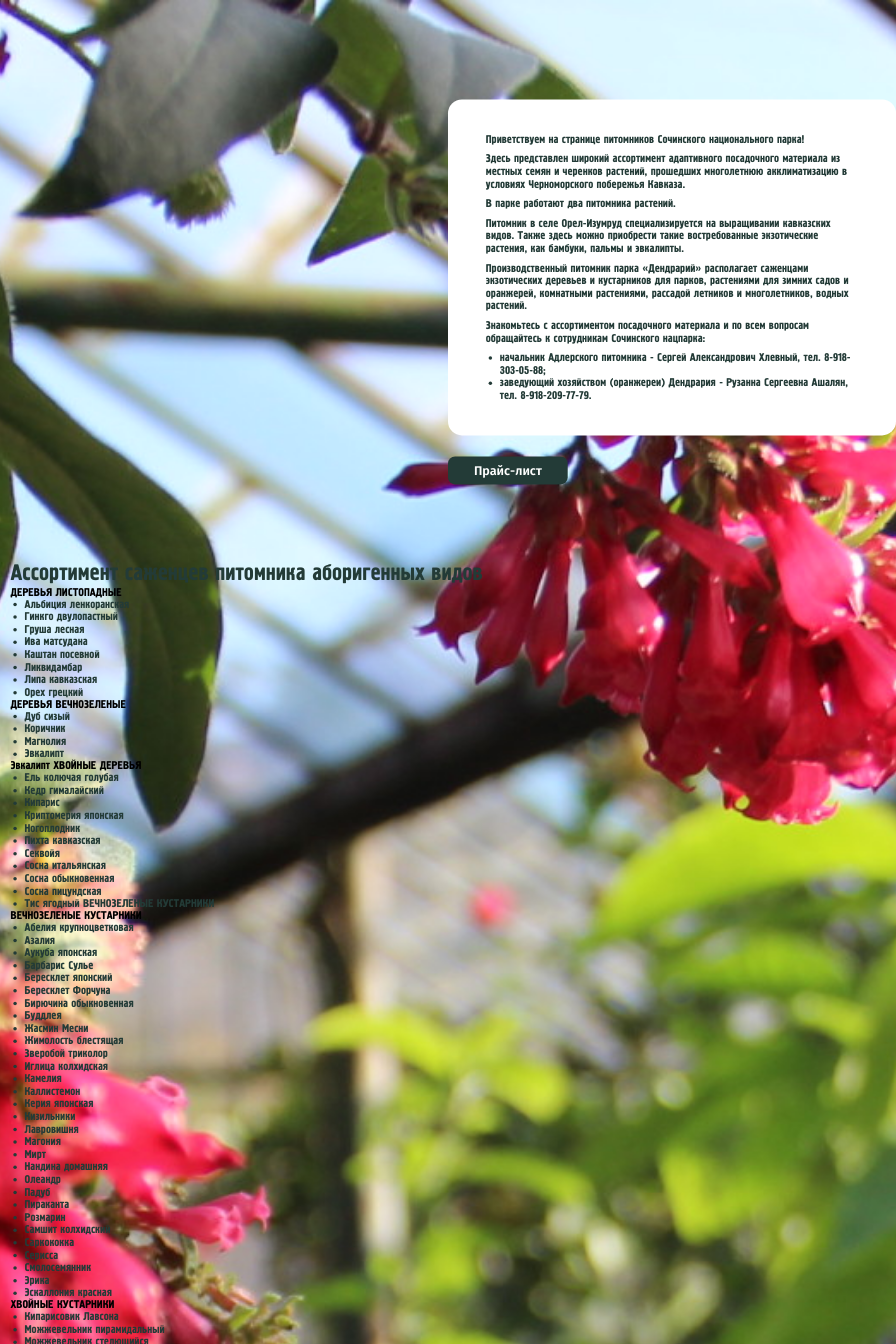
Repository: sem1103/np-sochi
Page: index.html
The author's editor kept a copy of each file at every save. The page is drawn from the files as they stood at one save, then again after the next save.
The browser window is 1280 px wide. The pictures show the part of the page from y = 0 to 1920 px (the page is 4230 px tall before and 2784 px after), at 70% of full size.

Above is the page before, as saved 2024-01-17 22:07:33.

### index.html
<!DOCTYPE html>
<html lang="en">

<head>
    <meta charset="UTF-8">
    <meta name="viewport" content="width=device-width, initial-scale=1.0">
    <title>Сочинский Национальный Парк</title>

    <link rel="stylesheet" href="styles/reset.css">
    <link rel="stylesheet" href="styles/main.css">
</head>

<body>
    <div id="page">
        <header></header>

        <main>
            <div class="top__text container">
                <div class="text__content">
                    <p>
                        Приветствуем на странице питомников Сочинского национального парка!
                    </p>
                    <p>
                        Здесь представлен широкий ассортимент адаптивного посадочного материала из местных семян и
                        черенков растений, прошедших многолетнюю акклиматизацию в условиях Черноморского побережья
                        Кавказа.
                    </p>
                    <p>
                        В парке работают два питомника растений.
                    </p>
                    <p>
                        Питомник в селе Орел-Изумруд специализируется на выращивании кавказских видов. Также здесь можно
                        приобрести такие востребованные экзотические растения, как бамбуки, пальмы и эвкалипты.
                    </p>
                    <p>
                        Производственный питомник парка «Дендрарий» располагает саженцами экзотических деревьев и
                        кустарников для парков, растениями для зимних садов и оранжерей, комнатными растениями, рассадой
                        летников и многолетников, водных растений.
                    </p>
                    <p>
                        Знакомьтесь с ассортиментом посадочного материала и по всем вопросам обращайтесь к сотрудникам
                        Сочинского нацпарка:
                    </p>
                    <ul>
                        <li>начальник Адлерского питомника - Сергей Александрович Хлевный, тел. <a
                                href="tel:+79183030588">8-918-303-05-88</a>;</li>
                        <li>заведующий хозяйством (оранжереи) Дендрария - Рузанна Сергеевна Ашалян, тел.
                            8-918-209-77-79.</li>
                    </ul>
                </div>
                <div class="price__list">
                    <button>Прайс-лист</button>

                </div>
            </div>

            <div class="items__block container">
                <div class="item">
                    <h3>
                        Ассортимент саженцев
                        питомника аборигенных видов
                    </h3>
                    <div class="left__items">
                        <h5>
                            ДЕРЕВЬЯ ЛИСТОПАДНЫЕ
                        </h5>
                        <ol>
                            <li>Альбиция ленкоранская</li>
                            <li>Гинкго двулопастный</li>
                            <li>Груша лесная</li>
                            <li>Ива матсудана</li>
                            <li>Каштан посевной</li>
                            <li>Ликвидамбар</li>
                            <li>Липа кавказская</li>
                            <li>Орех грецкий</li>
                        </ol>

                        <h5>
                            ДЕРЕВЬЯ ВЕЧНОЗЕЛЕНЫЕ
                        </h5>
                        <ol>
                            <li>Дуб сизый</li>
                            <li>Коричник</li>
                            <li>Магнолия</li>
                            <li>Эвкалипт</li>
                        </ol>

                        <h5>Эвкалипт ХВОЙНЫЕ ДЕРЕВЬЯ</h5>
                        <ol>
                            <li>Ель колючая голубая</li>
                            <li>Кедр гималайский</li>
                            <li>Кипарис </li>
                            <li>Криптомерия японская</li>
                            <li>Ногоплодник </li>
                            <li>Пихта кавказская</li>
                            <li>Секвойя </li>
                            <li>Сосна итальянская</li>
                            <li>Сосна обыкновенная</li>
                            <li>Сосна пицундская</li>
                            <li>Тис ягодный ВЕЧНОЗЕЛЕНЫЕ КУСТАРНИКИ</li>
                        </ol>

                        <h5>ВЕЧНОЗЕЛЕНЫЕ КУСТАРНИКИ</h5>
                        <ol>
                            <li>Абелия крупноцветковая</li>
                            <li>Азалия</li>
                            <li>Аукуба японская</li>
                            <li>Барбарис Сулье</li>
                            <li>Бересклет японский</li>
                            <li>Бересклет Форчуна</li>
                            <li>Бирючина обыкновенная</li>
                            <li>Буддлея</li>
                            <li>Жасмин Месни</li>
                            <li>Жимолость блестящая</li>
                            <li>Зверобой триколор</li>
                            <li>Иглица колхидская</li>
                            <li>Камелия</li>
                            <li>Каллистемон</li>
                            <li>Керия японская</li>
                            <li>Кизильники</li>
                            <li>Лавровишня</li>
                            <li>Магония</li>
                            <li>Мирт</li>
                            <li>Нандина домашняя</li>
                            <li>Олеандр</li>
                            <li>Падуб</li>
                            <li>Пираканта</li>
                            <li>Розмарин</li>
                            <li>Самшит колхидский</li>
                            <li>Саркококка</li>
                            <li>Серисса</li>
                            <li>Смолосемянник</li>
                            <li>Эрика</li>
                            <li>Эскаллония красная</li>
                        </ol>
                    </div>

                    <div class="right__items">
                        <h5>ХВОЙНЫЕ КУСТАРНИКИ</h5>
                        <ol>
                            <li>Кипарисовик Лавсона</li>
                            <li>Можжевельник пирамидальный</li>
                            <li>Можжевельник стелющийся</li>
                            <li>Туя золотистая</li>
                            <li>Туя пирамидальная</li>
                            <li>Туя шаровидная</li>
                        </ol>

                        <h5>ЛИСТОПАДНЫЕ КУСТАРНИКИ</h5>
                        <ol>
                            <li>Айва японская</li>
                            <li>Багряник</li>
                            <li>Барбарис Тунберга</li>
                            <li>Вейгела</li>
                            <li>Гортензия</li>
                            <li>Гранатник</li>
                            <li>Клекачка колхидская (окс)</li>
                            <li>Лагерстремия</li>
                            <li>Пузыреплодник</li>
                            <li>Роза кустовая</li>
                            <li>Спирея японская</li>
                            <li>Форзиция промежуточная</li>
                            <li>Чубушник ПАЛЬМЫ</li>
                        </ol>
                        <ol>
                            <li>Трахикарпус китайская веерная</li>
                            <li>Финик канарский</li>
                            <li>Хамеропс приземистый</li>
                        </ol>
                    </div>
                </div>

                <div class="item">
                    <h3>Ассортимент питомника
                        оранжереи Дендрария</h3>
                    <div class="left__items">
                        <ol>
                            <li>Агава</li>
                            <li>Аглаонема</li>
                            <li>Азалия</li>
                            <li>Аир</li>
                            <li>Акалифа</li>
                            <li>Алоказия</li>
                            <li>Алоэ</li>
                            <li>Антуриум</li>
                            <li>Аспарагус</li>
                            <li>Аукуба</li>
                            <li>Банан</li>
                            <li>Барбарис</li>
                            <li>Барвинок</li>
                            <li>Бересклет</li>
                            <li>Бегония</li>
                            <li>Бирючина</li>
                            <li>Бромелевые</li>
                            <li>Бугенвиллия</li>
                            <li>Водные растения</li>
                            <li>Гардения</li>
                            <li>Герань</li>
                            <li>Гибискус</li>
                            <li>Гинкго двулопастный</li>
                            <li>Гофмания</li>
                            <li>Гортензии</li>
                            <li>Говения</li>
                            <li>Гранат</li>
                            <li>Гуаява</li>
                            <li>Глициния</li>
                            <li>Дифенбахия</li>
                            <li>Драцена</li>
                            <li>Жасмин</li>
                            <li>Жимолость</li>
                            <li>Идезия</li>
                            <li>Ива</li>
                            <li>Изолепис</li>
                            <li>Камелия</li>
                            <li>Кактус</li>
                            <li>Кардамон</li>
                            <li>Канна</li>
                            <li>Киви</li>
                            <li>Кизильник</li>
                            <li>Клеродендрум</li>
                            <li>Кордилина</li>
                            <li>Корнус</li>
                            <li>Красивоплодник</li>
                            <li>Кротон</li>
                            <li>Кудрания</li>
                            <li>Куфея</li>
                            <li>Лаванда</li>
                            <li>Лавр</li>
                            <li>Лавровишня</li>
                            <li>Лагерстремия</li>
                        </ol>
                    </div>

                    <div class="right__items">
                        <ol>
                            <li>Лен новозеландский</li>
                            <li>Лимон</li>
                            <li>Лох</li>
                            <li>Магнолия</li>
                            <li>Магония</li>
                            <li>Мимоза</li>
                            <li>Мирт</li>
                            <li>Монстера</li>
                            <li>Муррая</li>
                            <li>Мушмула</li>
                            <li>Нандина</li>
                            <li>Ногоплодник</li>
                            <li>Олеандр</li>
                            <li>Офиопогон</li>
                            <li>Пальмы</li>
                            <li>Папайя</li>
                            <li>Папаротник</li>
                            <li>Пассифлора</li>
                            <li>Пахистахис</li>
                            <li>Пеперомия</li>
                            <li>Пилея</li>
                            <li>Пираканта</li>
                            <li>Плющ в ассортименте</li>
                            <li>Рафиолепис</li>
                            <li>Роза кустовая</li>
                            <li>Розмарин</li>
                            <li>Русселия</li>
                            <li>Самшит</li>
                            <li>Саньсивьера</li>
                            <li>Серисса</li>
                            <li>Сингониум</li>
                            <li>Смолосемянник</li>
                            <li>Спирея</li>
                            <li>Спатифилиум</li>
                            <li>Суккуленты</li>
                            <li>Сциндапсус</li>
                            <li>Текома</li>
                            <li>Тетрастигма</li>
                            <li>Тунбергия</li>
                            <li>Фатсхидера</li>
                            <li>Фейхоа</li>
                            <li>Фикус</li>
                            <li>Филодендрон</li>
                            <li>Фиттония</li>
                            <li>Форзиция</li>
                            <li>Хвойные</li>
                            <li>Хлорофитум</li>
                            <li>Хоста</li>
                            <li>Циперус</li>
                            <li>Циссус</li>
                            <li>Эвкалипт</li>
                            <li>Юкка</li>
                            <li>Якобиния</li>
                        </ol>
                    </div>

                </div>
            </div>
        </main>

        <footer></footer>
    </div>
</body>

</html>

### styles/reset.css

:root{
    --gray: #233B37;
}
html{
    scroll-behavior: smooth;
}
html,
body,
div,
span,
applet,
object,
iframe,
h1,
h2,
h3,
h4,
h5,
h6,
p,
blockquote,
pre,
a,
abbr,
acronym,
address,
big,
cite,
code,
del,
dfn,
em,
img,
ins,
kbd,
q,
s,
samp,
small,
strike,
strong,
sub,
sup,
tt,
var,
b,
u,
i,
center,
dl,
dt,
dd,
ol,
ul,
li,
fieldset,
form,
label,
legend,
table,
caption,
tbody,
tfoot,
thead,
tr,
th,
td,
article,
aside,
canvas,
details,
embed,
figure,
figcaption,
footer,
header,
hgroup,
menu,
nav,
output,
ruby,
section,
summary,
time,
mark,
audio,
video {
    margin: 0;
    padding: 0;
    border: 0;
    font-size: 100%;
    font: inherit;
    vertical-align: baseline
}

article,
aside,
details,
figcaption,
figure,
footer,
header,
hgroup,
menu,
nav,
section {
    display: block
}

body {
    line-height: 1;
    font-family: Hermes;
}

ol,
ul {
    list-style: none
}

blockquote,
q {
    quotes: none
}

blockquote:before,
blockquote:after,
q:before,
q:after {
    content: '';
    content: none
}

table {
    border-collapse: collapse;
    border-spacing: 0
}

a {
    text-decoration: none;
    color: var(--gray);
    transition: all .3s ease-in-out
}

a:hover {
    color: #365edc;
}

* {
    box-sizing: border-box
}




.active__menu{
    opacity: .7;
    color: var(--gray);
}
#page{
    min-height: 100vh;
}

.container{
    max-width: 1160px;
    margin: auto;
    padding: 0 15px;
}
main img{
    width: 100%;
    height: auto;
}

### styles/main.css
@import url('https://fonts.googleapis.com/css2?family=Fira+Sans:wght@600&display=swap');
@font-face {
    font-family: 'Hermes';
    src: url('font/hermes.ttf'),
    url(font/hermes.woff),
    url(font/hermes.woff2) ;

}

.container{
    max-width: 1652px;
    margin: 0 auto;
}
main{
    background: url(../img/main-bg.png) center/cover;
}
p, li{
    font: 16px 'Hermes';
    color: var(--gray);
}
p{
    margin: 0 0 10px 0;
}
.top__text{
    padding: 142px 0 108px 0;
}
.text__content{
    padding: 48px 54px;
    background-color: #fff;
    width: 50%;
    margin: 0 0 30px auto;
    border-radius: 20px;
}
li{
    list-style: disc;
    margin: 0 0 0 20px;
}
.price__list{
    width: 50%;
    margin: 0 0 0 auto;
}
.price__list button{
    padding: 9px 37px;
    font: 600 18px 'Fira Sans';
    margin: 0;
    background: var(--gray);
    color: #fff;
    border: 0;
    border-radius: 10px;
}

h3{
    color: var(--gray);
    font: 32px 'Hermes';
}

After the next save:
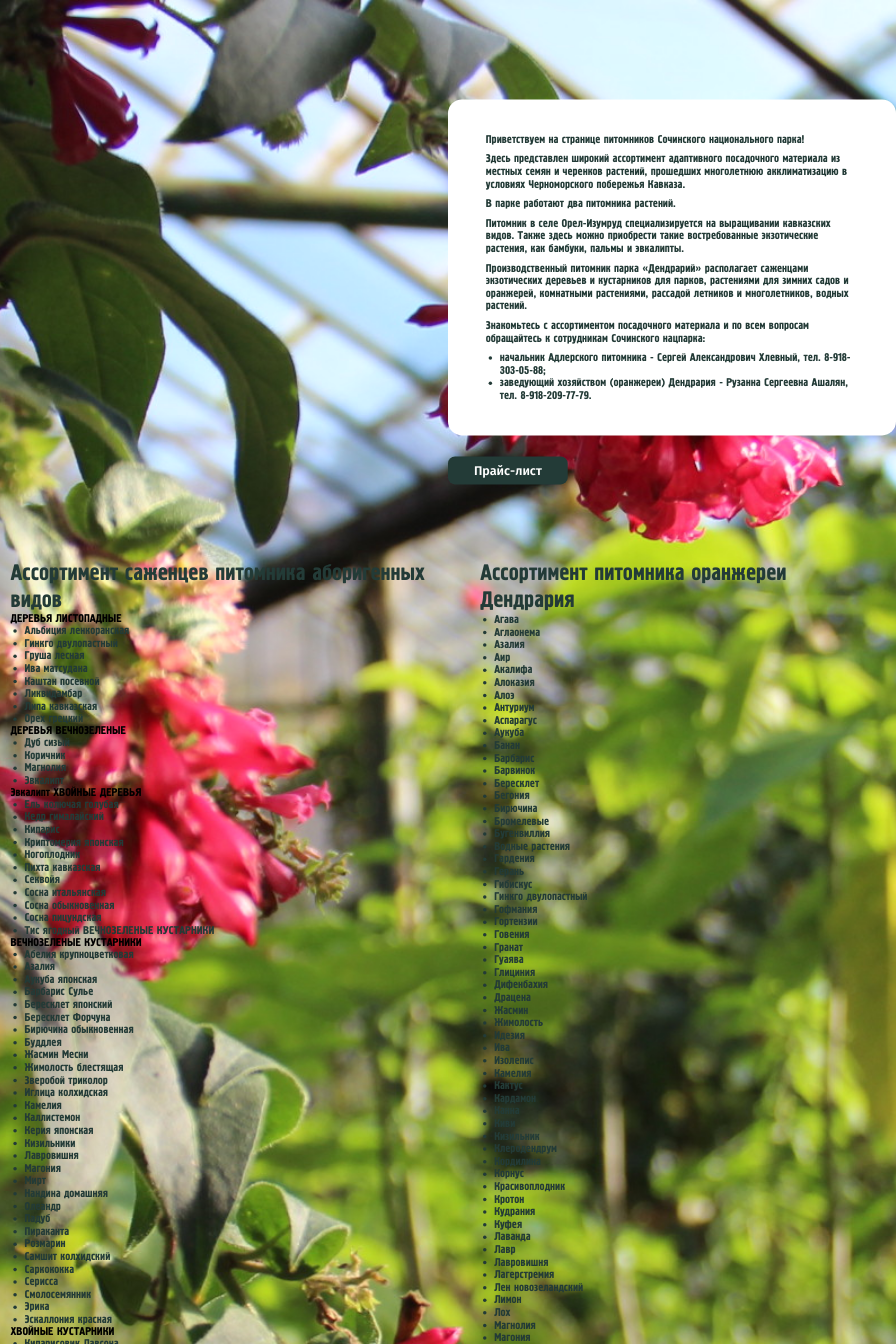
Saved 27 s later.
--- a/styles/main.css
+++ b/styles/main.css
@@ -53,3 +53,7 @@ h3{
     color: var(--gray);
     font: 32px 'Hermes';
 }
+.items__block{
+    display: flex;
+    flex-direction: row;
+}
